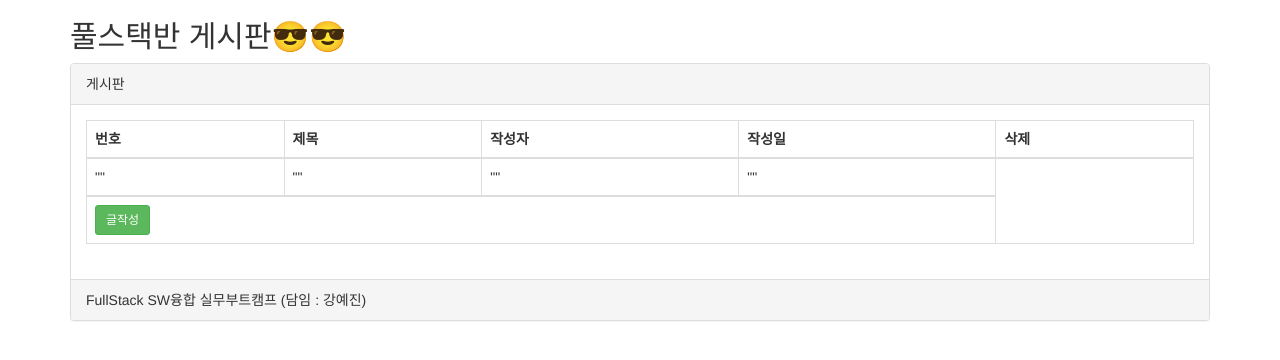
Repository: songhak1226/Spring_Boot
Page: http://localhost/BootBoard/WEB-INF/views/boardlist.jsp
The author's editor kept a copy of each file at every save. The page is drawn from the files as they stood at one save, then again after the next save.
The browser window is 1280 px wide. The pictures show the whole page.
The page is served by Tomcat 9. Nobody is signed in. The template is opened directly, without the code that normally fills it, so the values that code supplies are empty.

Above is the page before, as saved 2023-06-12 05:16:34.

After the next save:
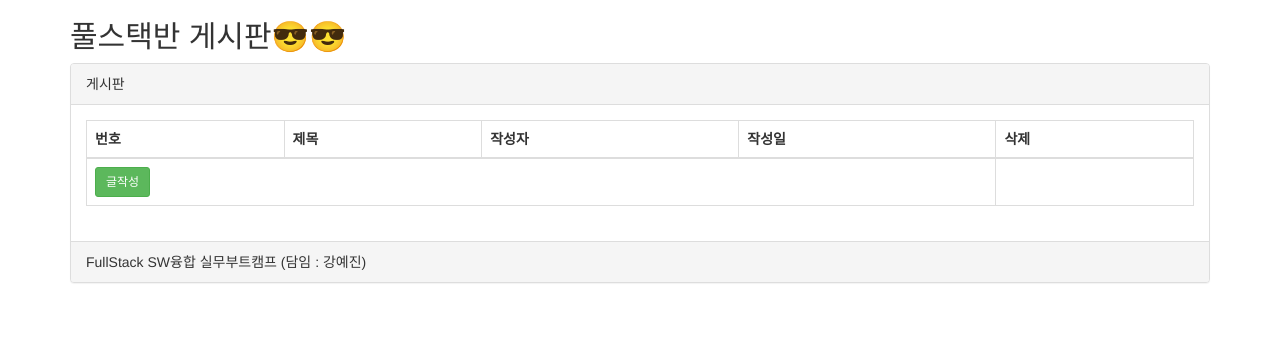
Saved 83 s later.
--- a/BootBoard/src/main/webapp/WEB-INF/views/boardlist.jsp
+++ b/BootBoard/src/main/webapp/WEB-INF/views/boardlist.jsp
@@ -1,5 +1,6 @@
 <%@ page language="java" contentType="text/html; charset=UTF-8"
 	pageEncoding="UTF-8"%>
+	<%@ taglib uri="http://java.sun.com/jsp/jstl/core" prefix="c"%>
 <!DOCTYPE html>
 <html lang="en">
 <head>
